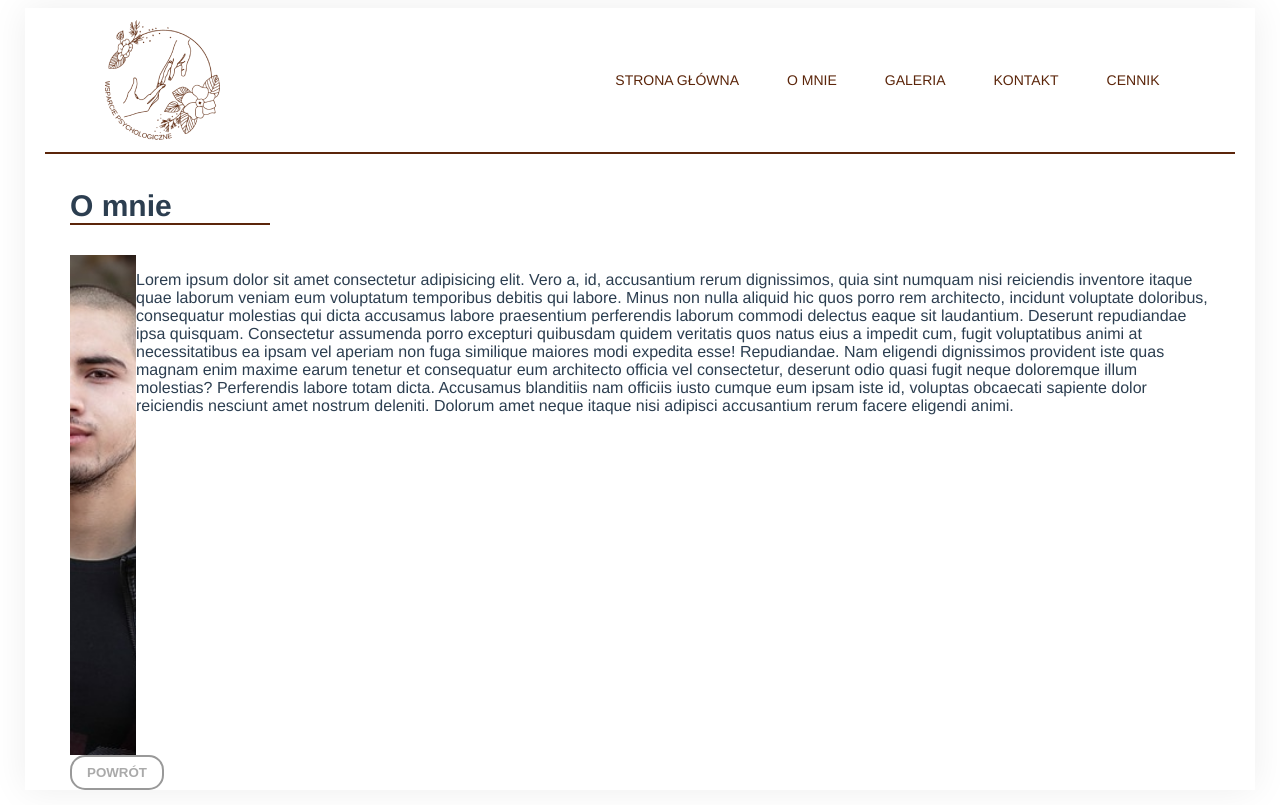
Repository: Kondzioor/szczepan-page
Page: /about
An editor plug-in stored every save of this project. The page is shown before and after the next save, followed by the edit.
The browser window is 1280 px wide. The pictures show the whole page.
Some web libraries are served in a nearby version. The project was rebuilt for these pictures with package versions that can differ from the ones it lists, and the page was loaded fresh each time. Also part of the build but not shown: src/views/Home.vue.

Above is the page before, as saved 2022-04-12 14:19:20.

### public/index.html
<!DOCTYPE html>
<html lang="">
  <head>
    <meta charset="utf-8">
    <meta http-equiv="X-UA-Compatible" content="IE=edge">
    <meta name="viewport" content="width=device-width,initial-scale=1.0">
    <link rel="icon" href="<%= BASE_URL %>favicon.ico">
    <title><%= htmlWebpackPlugin.options.title %></title>
    <script src="https://kit.fontawesome.com/c0ecb9f799.js" crossorigin="anonymous"></script>
  </head>
  <body>
    <noscript>
      <strong>We're sorry but <%= htmlWebpackPlugin.options.title %> doesn't work properly without JavaScript enabled. Please enable it to continue.</strong>
    </noscript>
    <div id="app"></div>
    <!-- built files will be auto injected -->
  </body>
</html>

### src/App.vue
<template>
 <div class="app">
   <Navbar />
   <router-view></router-view>
 </div>
</template>
<script>
import Navbar from './components/Navbar.vue'
export default {
  components:{
    Navbar,
  }
}
</script>

<style lang="scss">
.app {
  font-family: Avenir, Helvetica, Arial, sans-serif;
  -webkit-font-smoothing: antialiased;
  -moz-osx-font-smoothing: grayscale;
  color: #2c3e50;
  width: 100%;
  box-sizing: border-box;
  max-width:  1230px;
  min-height: 100vh;
  margin: 0 auto;
  padding: 0 20px;
  box-shadow: 0 0 35px #eee ;
}
a{
  text-decoration: none;
}
ul li{
  list-style: none;
}
button{
  border: none;
  outline: none;
  background: transparent;
  cursor: pointer;
}
</style>

### src/router/index.js
import { createRouter, createWebHistory } from 'vue-router'
import Home from '../views/Home.vue'
import AboutUs from '../views/AboutUs.vue'

const routes = [
  {
    path: '/',
    name: 'Home',
    component: Home
  },
  {
    path: '/about',
    name: 'AboutUs',
    component: AboutUs
  }
]

const router = createRouter({
  history: createWebHistory(process.env.BASE_URL),
  routes
})

export default router

### src/components/Navbar.vue
<template>
    <div class="header">
        <nav>
            <div class="branding">
                <img class="logo" src="../assets/logo/logo.png" alt="">
            </div>
            <ul v-if="!mobile" class="navigation">
                <li ><a class="link" href="#" @click="homePush">Strona główna</a></li>
                <li ><a class="link" href="#" @click="aboutUsPush">O mnie</a></li>
                <li ><a class="link" href="#">Galeria</a></li>
                <li ><a class="link" href="#">Kontakt</a></li>
                <li ><a class="link" href="#">Cennik</a></li>
            </ul>

            <div class="icon">
                <i @click="toggleMobileNav" v-show="mobile" class="fas fa-bars" :class="{'icon-active': mobileNav}"></i>
            </div>
            <transition name="mobile-nav">
                <ul v-if="mobileNav" class="dropdown-nav">
                <li ><a class="link" href="#" @click="homePush">Strona główna</a></li>
                <li ><a class="link" href="#" @click="aboutUsPush">O mnie</a></li>
                <li ><a class="link" href="#">Galeria</a></li>
                <li ><a class="link" href="#">Kontakt</a></li>
                <li ><a class="link" href="#">Cennik</a></li>
                </ul>
            </transition>
        </nav>
    </div>
</template>
<script>
import { useRouter } from "vue-router";
export default {

    data(){
        return{
            router: useRouter(),
            mobile: null,
            mobileNav: null,
            windowWidth: null,
        }
    },
    computed:{

  },
  methods:{
    toggleMobileNav(){
        this.mobileNav = !this.mobileNav
    },
    homePush(){
        this.router.push('/')
    },
    aboutUsPush(){
      this.router.push('/about')
    },

    checkScreen(){
        this.windowWidth = window.innerWidth;
        if(this.windowWidth <= 920){
            this.mobile = true
            return
        }
        this.mobile = false;
        this.mobileNav = false;
        return
    },
  },
  created(){
      window.addEventListener('resize',this.checkScreen);
      this.checkScreen();
  },
}
</script>
<style scoped>
.header{
    max-width:  1230px;
    background-color: white;
    width: 100%;
    border-bottom: 2px solid #5b250a;
    position: relative;
    transition: 0.5s ease all;
    color: #5b250a;
}
.logo{
    cursor: pointer;
}
nav{
    display: flex;
    flex-direction: row;
    padding: 12px 0;
    transition: .5s ease all;
    width:90%;
    margin: 0 auto;
    align-items: center;
}
ul,
.link {
    font-weight: 500;
    color: #5b250a;
    list-style: none;
    text-decoration: none;
}
li{
    text-transform: uppercase;
    padding: 16px;
    margin-left: 16px;
}
.link{
    font-size: 14px;
    transition: .5s ease all;
    padding-bottom: 4px;
    border-bottom: 1px solid transparent;
}
.link:hover{
    color: rgb(81,167,38);
    border-color: rgb(81,167,38);

}
.branding{

    display: flex;
    align-items: center;

}
.branding img{
    width:100%;
    transition: .5s ease all;
}
.navigation{
    display:flex;
    align-items: center;
    flex:1;
    justify-content: flex-end;
}
.icon{
    display: flex;
    align-items: center;
    position: absolute;
    top:0;
    right: 24px;
    height: 100%;
    z-index: 100;
}
i{
    cursor: pointer;
    font-size: 24px;
    transition: .8s ease all;
    margin-right: 40px;
}
.icon-active{
    transform: rotate(180deg);
}
.dropdown-nav{
    display: flex;
    flex-direction: column;
    position: fixed;
    width: 100%;
    max-width: 250px;
    height: 100%;
    background-color: #fff;
    top: 0;
    left: 0;
    z-index: 99;
}
.dropdown-nav li{
    margin-left: 0;

}
.mobile-nav-enter-active,
.mobile-nav-leave-active{
    transition: 1s ease all;
}
.mobile-nav-enter-from,
.mobile-nav-leave-to{
    transform: translateX(-250px)
}
.mobile-nav-enter-to{
    transform: translateX(0)
}

@media (max-width: 420px){
  i{
      margin-right: 10px;
  }
}
@media (max-width: 500px){
  i{
      margin-right: 5px;
  }
}
</style>

### src/views/AboutUs.vue
<template>
<div class="container">
        <div class="inner-container">
                <h1> O mnie
                    <div class="border"></div>
                </h1>
                <section>
                    <div class="photo"></div>
                <p class="text">
               Lorem ipsum dolor sit amet consectetur adipisicing elit. Vero a, id, accusantium rerum dignissimos, quia sint numquam nisi reiciendis inventore itaque quae laborum veniam eum voluptatum temporibus debitis qui labore.
               Minus non nulla aliquid hic quos porro rem architecto, incidunt voluptate doloribus, consequatur molestias qui dicta accusamus labore praesentium perferendis laborum commodi delectus eaque sit laudantium. Deserunt repudiandae ipsa quisquam.
               Consectetur assumenda porro excepturi quibusdam quidem veritatis quos natus eius a impedit cum, fugit voluptatibus animi at necessitatibus ea ipsam vel aperiam non fuga similique maiores modi expedita esse! Repudiandae.
               Nam eligendi dignissimos provident iste quas magnam enim maxime earum tenetur et consequatur eum architecto officia vel consectetur, deserunt odio quasi fugit neque doloremque illum molestias? Perferendis labore totam dicta.
               Accusamus blanditiis nam officiis iusto cumque eum ipsam iste id, voluptas obcaecati sapiente dolor reiciendis nesciunt amet nostrum deleniti. Dolorum amet neque itaque nisi adipisci accusantium rerum facere eligendi animi.
                </p>
                </section>

                <button @click="homePush">Powrót</button>
        </div>
    </div>
</template>
<script>
import { useRouter } from "vue-router";
export default {
    data(){
        return{
             router: useRouter(),
        }
    },
    methods:{
        homePush(){
            this.router.push('/products')
        }
    }
}
</script>
<style scoped>

.container{
    display: flex;
    align-items: center;
    justify-content: center;
    border-radius: 50px;
    margin: 15px 15px;
}
.inner-container{
    padding: 0 10px;
}
.inner-container h1{
    margin-bottom: 30px;
    font-size: 30px;
    font-weight: 800;
}
.border{
    height: 2px;
    width: 200px;
    background-color:#5b250a ;
}
section{
    display: flex;
    flex-direction: row;
}
.photo{
    flex-grow: 1;
    width: 500px;
    height: 500px;
    background-position-x: 65%;
    background-repeat: no-repeat;
    background-size: cover;
    background-image: url('../assets/boy.jpg');
}
.text
{
    /* font-size: 16px;
    color: #444;
    line-height: 30px;
    text-align: justify;
    margin-bottom: 40px; */
}
button{
    border: 2px solid #999;
    color: #aaa;
    border-radius: 15px;
    padding: 8px 15px;
    text-transform: uppercase;
    font-weight: 600;

}
button:hover{
    color: rgb(81,167,38);
    border-color: rgb(81,167,38);
}
span{
    font-weight: bold;
}
@media (max-width: 720px){
    .inner-container{
    padding: 80px 50px;
    }
}
@media (max-width: 500px){
    .inner-container{
    padding: 50px 20px;
    }
}
</style>

Loaded but not shown: src/main.js (common file); src/store/index.js (common file)

After the next save:
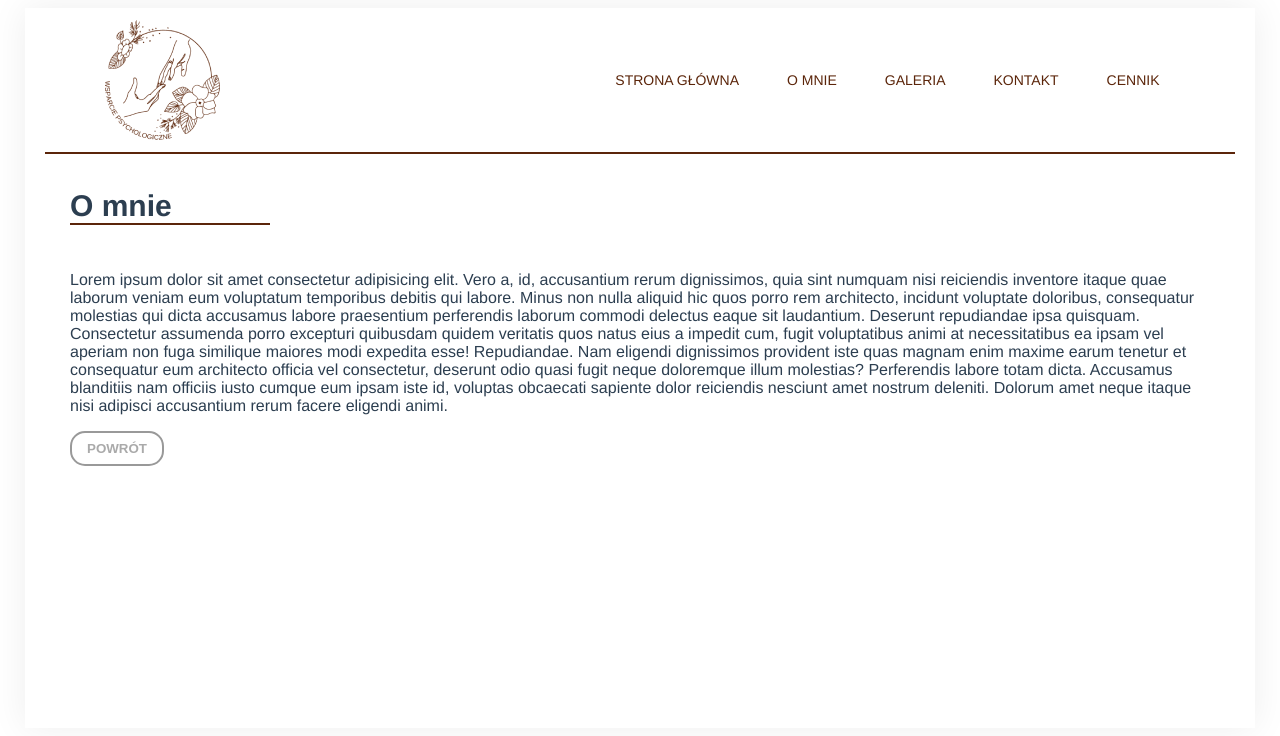
Saved 27 s later.
--- a/src/views/AboutUs.vue
+++ b/src/views/AboutUs.vue
@@ -61,13 +61,14 @@
     flex-direction: row;
 }
 .photo{
-    flex-grow: 1;
+    background-color: black;
+    /* flex-grow: 1;
     width: 500px;
     height: 500px;
     background-position-x: 65%;
     background-repeat: no-repeat;
     background-size: cover;
-    background-image: url('../assets/boy.jpg');
+    background-image: url('../assets/boy.jpg'); */
 }
 .text
 {
